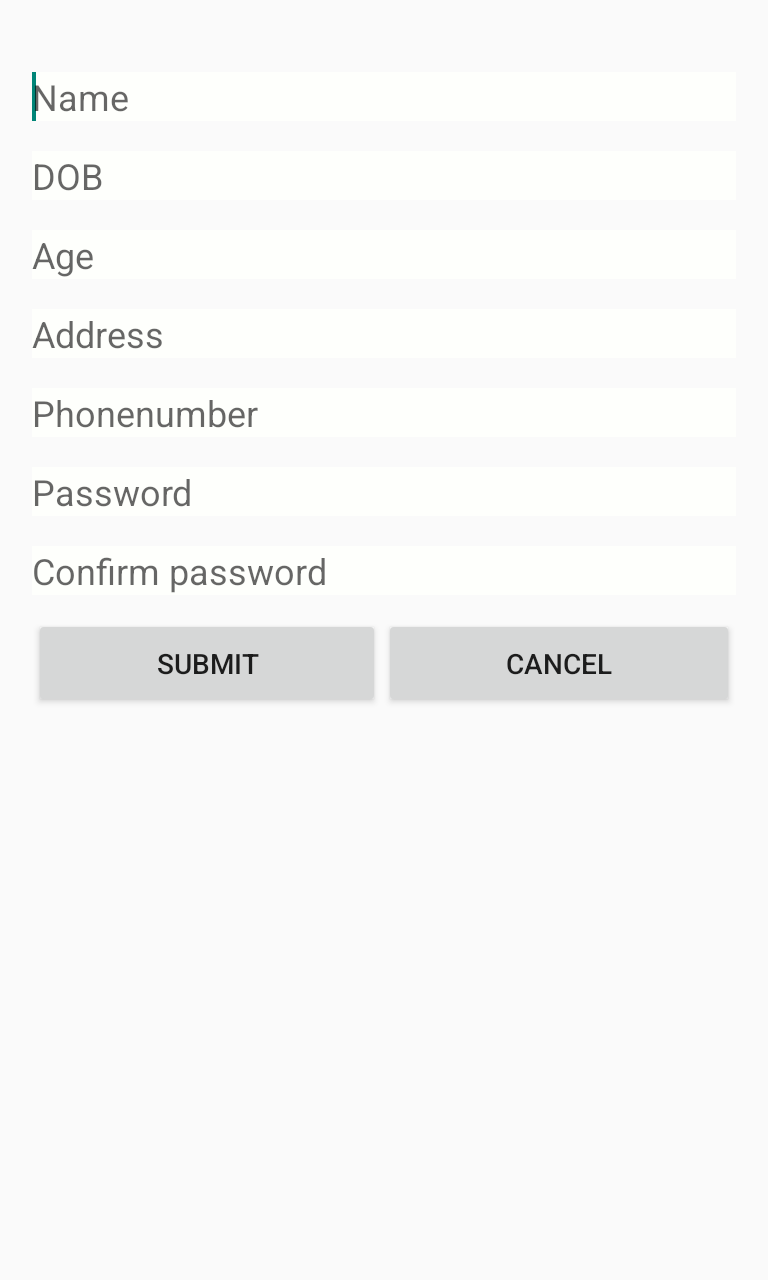
Repository: adarshnair13/my-project
Layout: example5/res/layout/activity_main.xml
An editor plug-in stored every save of this project. The layout is shown before and after the next save, followed by the edit.
It is drawn on a 768 x 1280 px phone screen (xhdpi) without system bars, with theme AppTheme; the app's code is not run.

Above is the layout before, as saved 2015-02-02 17:27:33.

### example5/res/layout/activity_main.xml
<LinearLayout xmlns:android="http://schemas.android.com/apk/res/android"
    xmlns:tools="http://schemas.android.com/tools"
    android:id="@+id/LinearLayout1"
    android:layout_width="match_parent"
    android:layout_height="match_parent"
    android:orientation="vertical"
    android:paddingBottom="@dimen/activity_vertical_margin"
    android:paddingLeft="@dimen/activity_horizontal_margin"
    android:paddingRight="@dimen/activity_horizontal_margin"
    android:paddingTop="@dimen/activity_vertical_margin"
    tools:context="com.adarsh.example5.MainActivity" >

    <EditText
        android:id="@+id/editText1"
        android:layout_width="match_parent"
        android:layout_height="wrap_content"
        android:layout_marginTop="20dp"
        android:background="#FEFFFC"
        android:ems="10"
        android:hint="Name" >

        <requestFocus />
    </EditText>

    <EditText
        android:id="@+id/editText2"
        android:layout_width="match_parent"
        android:layout_height="wrap_content"
        android:layout_marginTop="15dp"
        android:background="#FEFFFC"
        android:ems="10"
        android:hint="DOB" />

    <EditText
        android:id="@+id/editText3"
        android:layout_width="match_parent"
        android:layout_height="wrap_content"
        android:layout_marginTop="15dp"
        android:background="#FEFFFC"
        android:ems="10"
        android:hint="Age" />

    <EditText
        android:id="@+id/editText4"
        android:layout_width="match_parent"
        android:layout_height="wrap_content"
        android:layout_marginTop="15dp"
        android:background="#FEFFFC"
        android:ems="10"
        android:hint="Address" />

    <EditText
        android:id="@+id/editText5"
        android:layout_width="match_parent"
        android:layout_height="wrap_content"
        android:layout_marginTop="15dp"
        android:background="#FEFFFC"
        android:ems="10"
        android:hint="Phonenumber" />

    <EditText
        android:id="@+id/editText6"
        android:layout_width="match_parent"
        android:layout_height="wrap_content"
        android:layout_marginTop="15dp"
        android:background="#FEFFFC"
        android:ems="10"
        android:hint="Password" />

    <EditText
        android:id="@+id/editText7"
        android:layout_width="match_parent"
        android:layout_height="wrap_content"
        android:layout_marginTop="15dp"
        android:background="#FEFFFC"
        android:ems="10"
        android:hint="Confirm password" />

    <LinearLayout
        android:layout_width="match_parent"
        android:layout_height="wrap_content"
        android:layout_marginTop="10dp"
        android:weightSum="2.0" >

        <Button
            android:id="@+id/button1"
            style="?android:attr/buttonStyleSmall"
            android:layout_width="wrap_content"
            android:layout_height="wrap_content"
            android:layout_weight="1.0"
            android:text="SUBMIT" />

        <Button
            android:id="@+id/button2"
            style="?android:attr/buttonStyleSmall"
            android:layout_width="wrap_content"
            android:layout_height="wrap_content"
            android:layout_weight="1.0"
            android:text="CANCEL" />
    </LinearLayout>

</LinearLayout>

Loaded but not shown: example5/res/values/styles.xml (common file); example5/res/values-v11/styles.xml (common file); example5/res/values-v14/styles.xml (common file); example5/res/values/dimens.xml (common file); example5/res/values-w820dp/dimens.xml (common file)

After the next save:
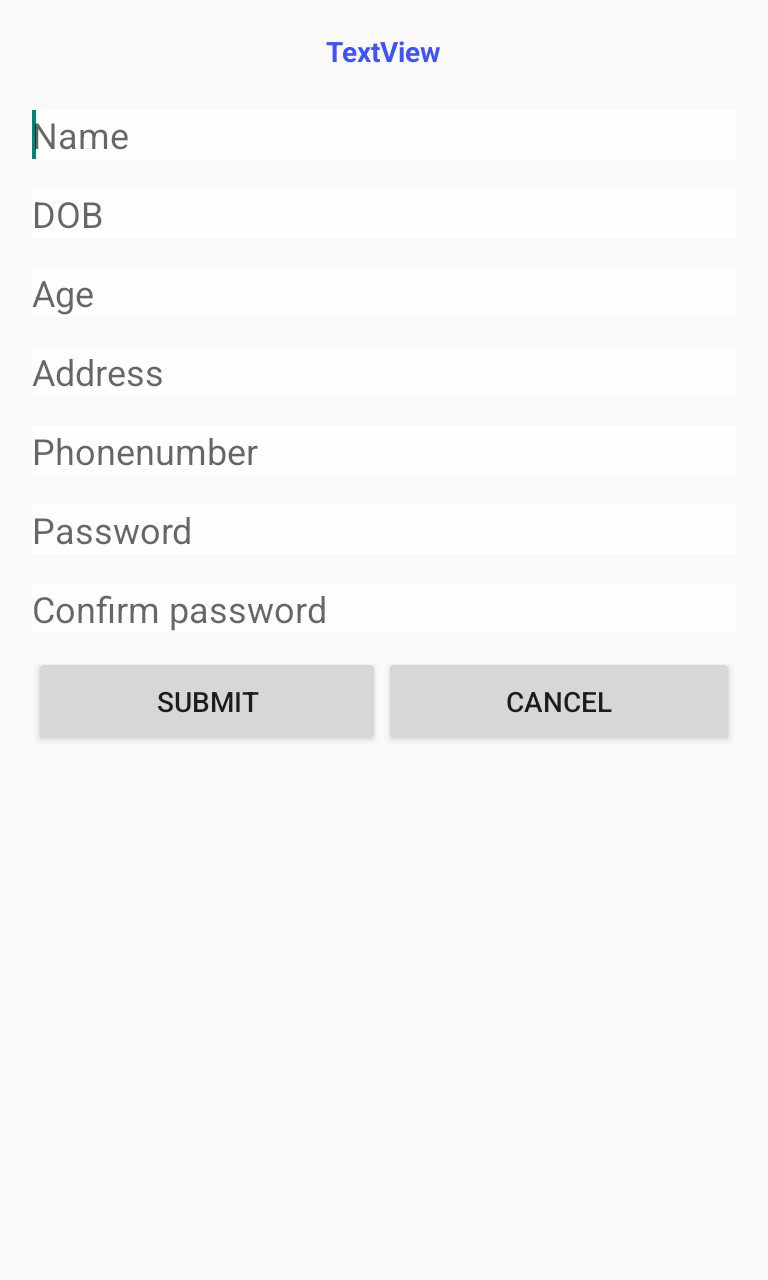
Saved 6 min 31 s later.
--- a/example5/res/layout/activity_main.xml
+++ b/example5/res/layout/activity_main.xml
@@ -9,6 +9,16 @@
     android:paddingRight="@dimen/activity_horizontal_margin"
     android:paddingTop="@dimen/activity_vertical_margin"
     tools:context="com.adarsh.example5.MainActivity" >
+
+    <TextView
+        android:id="@+id/textView1"
+        android:layout_width="wrap_content"
+        android:layout_height="wrap_content"
+        android:text="REGISTRATION"
+        android:textColor="#3F52FF"
+        android:textStyle="bold"
+        android:layout_gravity="center"
+        android:text="TextView" />
 
     <EditText
         android:id="@+id/editText1"
